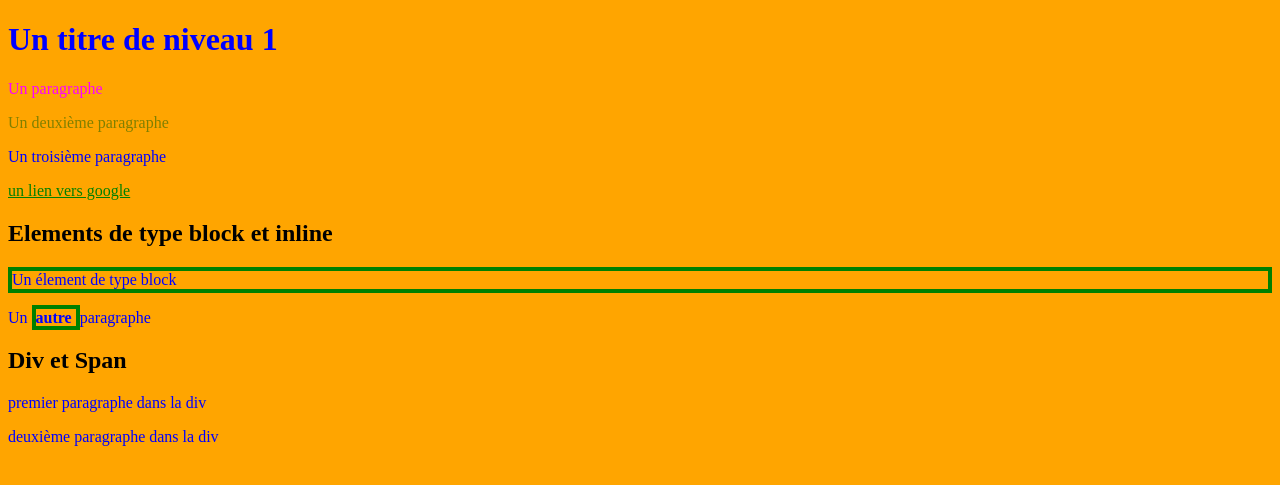
Repository: serviceshuios/Git-Aix-Web
Page: bases-html-css/WebContent/index.html
An editor plug-in stored every save of this project. The page is shown before and after the next save, followed by the edit.
The browser window is 1280 px wide. The pictures show the whole page.

Above is the page before, as saved 2018-10-22 14:48:12.

### bases-html-css/WebContent/index.html
<!DOCTYPE html>
<html>
	<head>
		<meta charset="utf-8"/>
		<title>BASES HTML CSS</title>
        <link rel="stylesheet" href="css/style.css"/>
	</head>
	<body>
		<h1>Un titre de niveau 1</h1>
		<p id="monId">Un paragraphe</p>
		<p class="maClasse">Un deuxième paragraphe</p>
		<p> Un troisième paragraphe</p>
		<a href="http://www.google.fr">un lien vers google</a>
		<h2>Elements de type block et inline</h2>
		<p class="bord"> Un élement de type block</p>
		<p> Un <strong> autre </strong> paragraphe</p>
		<h2>Div et Span</h2>
		<div class="green">
			<p>premier paragraphe dans la div</p>
			<p>deuxième paragraphe dans la div</p>
		</div>
	</body>
</html>

### bases-html-css/WebContent/css/style.css
@charset "utf-8";
/* un commentaire
*/
body {
	background-color: orange;
	}
h1, p {
	color: blue;
	/*font-size: 16px;*/
}

a {
	color:green;
}
/* cibler Id*/
#monId {
	color:fuchsia;
}

/* cibler classe */
.maClasse{
	color:olive;
}
.bord, strong {
	border: 4px solid green;
	}

After the next save:
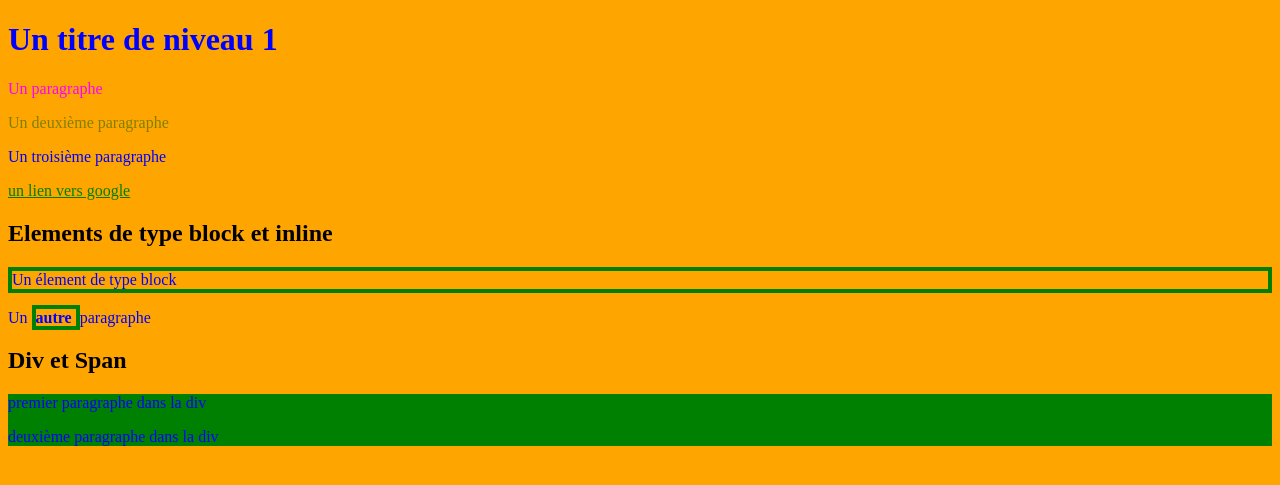
Saved 40 s later.
--- a/bases-html-css/WebContent/css/style.css
+++ b/bases-html-css/WebContent/css/style.css
@@ -24,3 +24,7 @@ a {
 .bord, strong {
 	border: 4px solid green;
 	}
+
+.green {
+	background-color: green;
+}

After the save that followed:
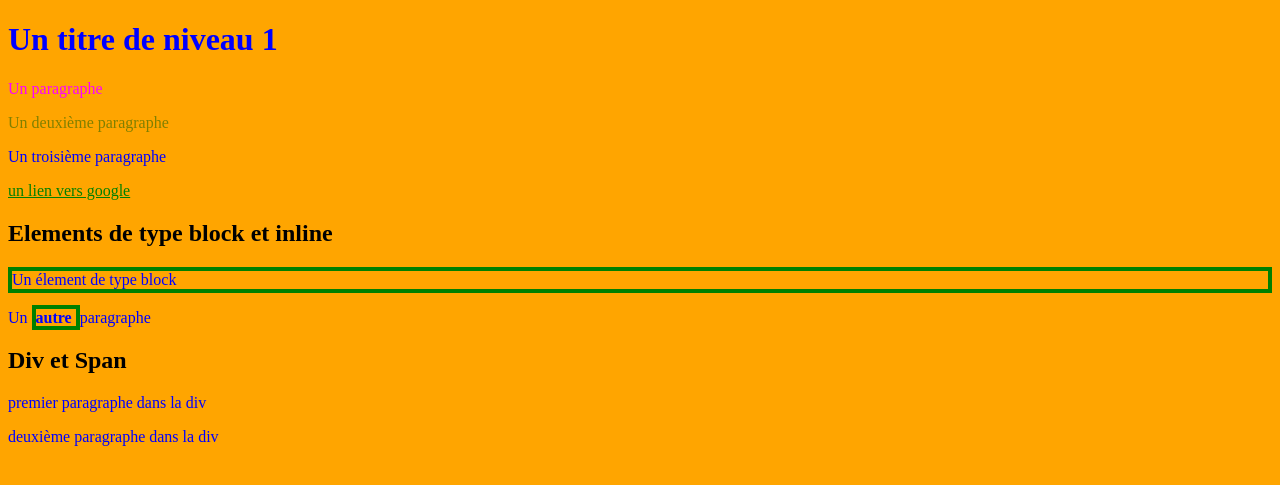
Saved 3 min 42 s later.
--- a/bases-html-css/WebContent/css/style.css
+++ b/bases-html-css/WebContent/css/style.css
@@ -27,4 +27,5 @@ a {
 
 .green {
 	background-color: green;
+	display: inline;
 }
